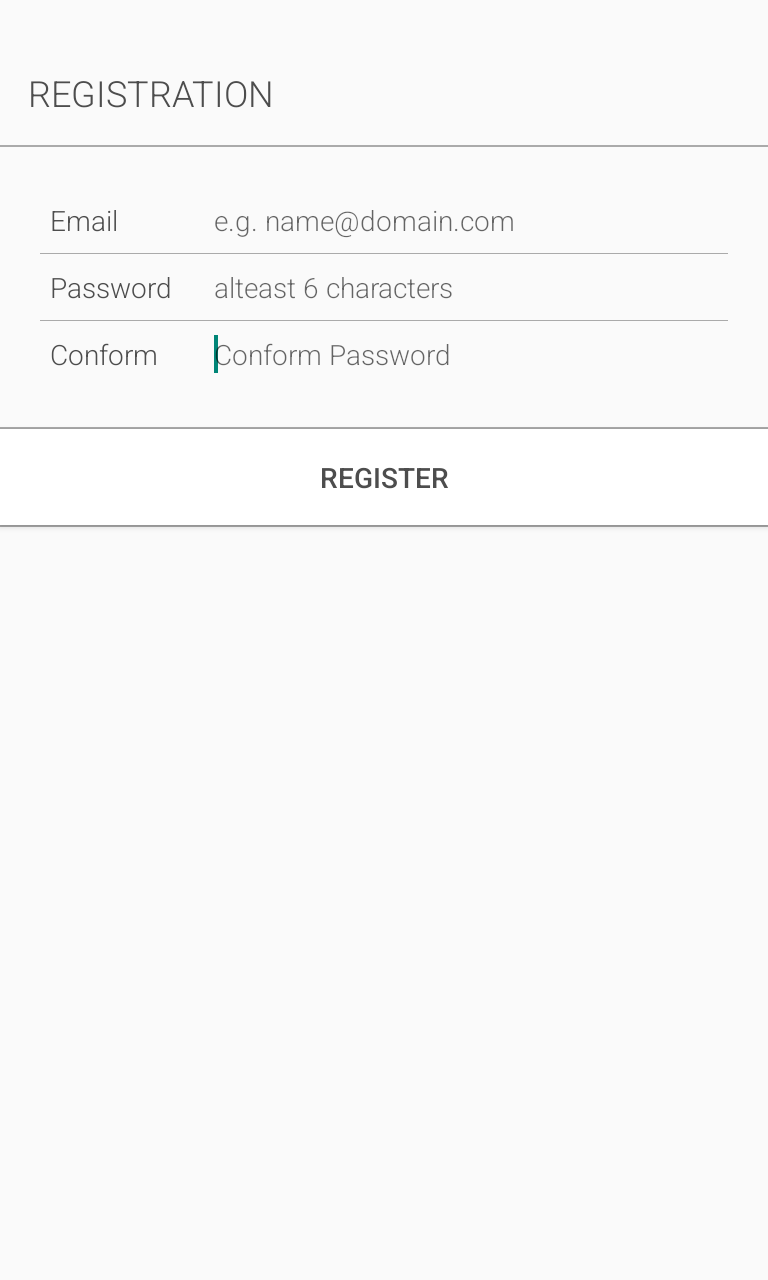
Repository: lMayuraDevani/BrentBrown
Layout: BrentBrown/res/layout/register.xml
These files come from the project's save history. The layout is drawn as it stood at one moment and after the next save; the edit follows.
It is drawn on a 768 x 1280 px phone screen (xhdpi) without system bars, with theme AppTheme; the app's code is not run.

Above is the layout before, as saved 2014-11-12 09:49:09.

After the next save:
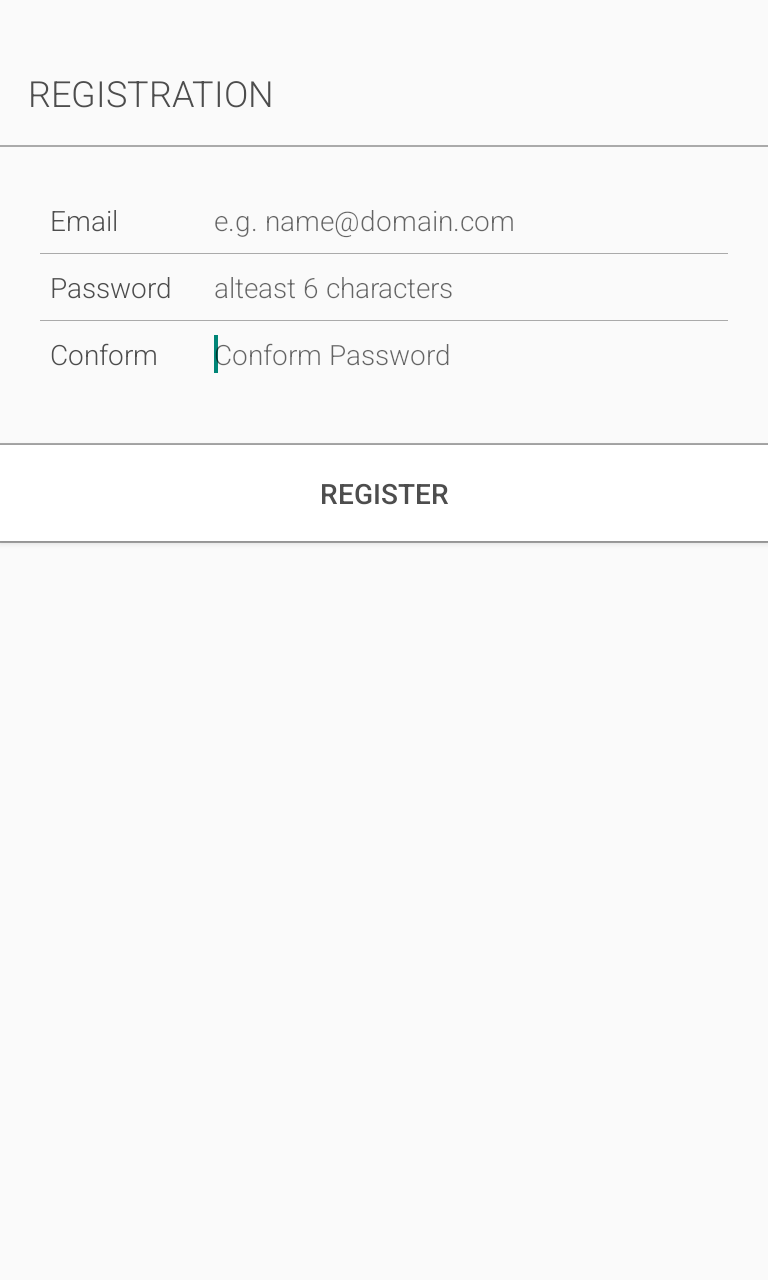
Saved 78 s later.
--- a/BrentBrown/res/layout/register.xml
+++ b/BrentBrown/res/layout/register.xml
@@ -143,6 +143,12 @@
             </LinearLayout>
       </LinearLayout>
 
+     <LinearLayout
+                android:layout_width="fill_parent"
+                android:layout_height="wrap_content"
+                android:padding="4dp"
+                >
+            </LinearLayout>
      <View
 	   android:layout_width="fill_parent"
 	   android:layout_height="1dp"

After the save that followed:
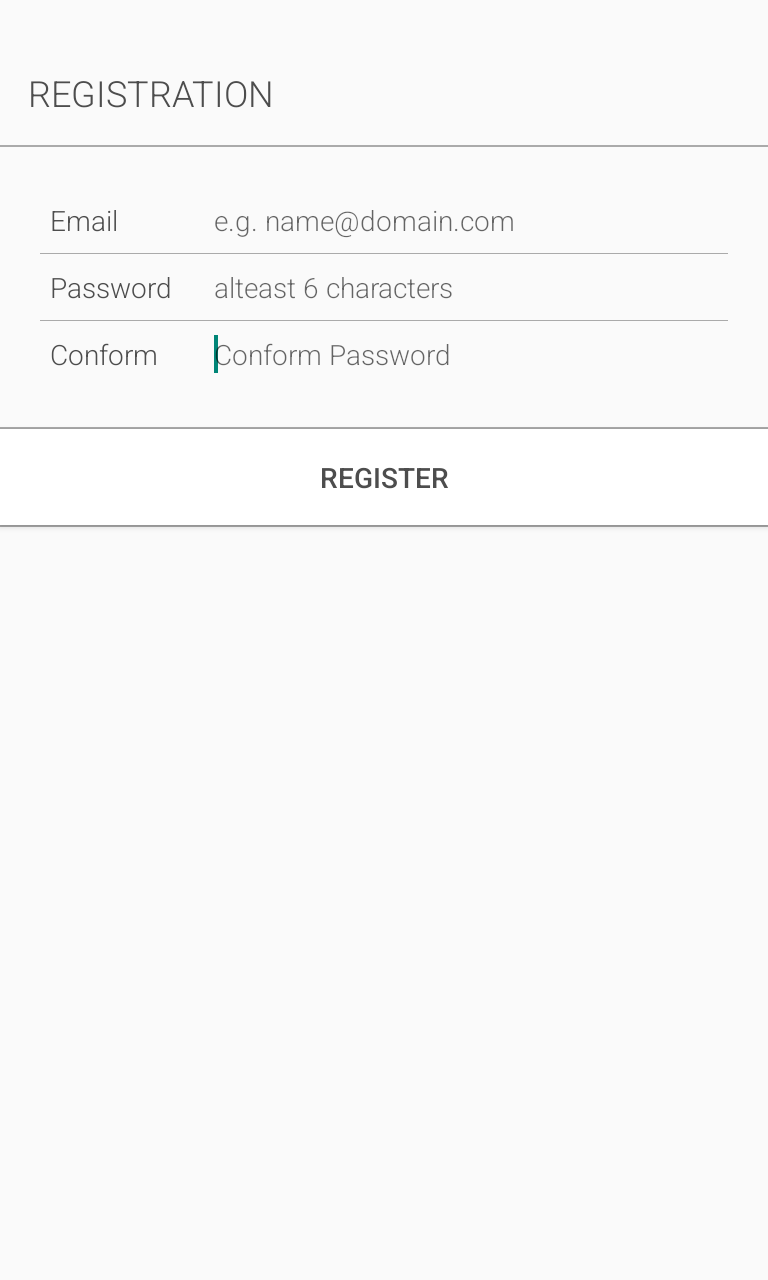
Saved 33 s later.
--- a/BrentBrown/res/layout/register.xml
+++ b/BrentBrown/res/layout/register.xml
@@ -143,12 +143,12 @@
             </LinearLayout>
       </LinearLayout>
 
-     <LinearLayout
+   <!--   <LinearLayout
                 android:layout_width="fill_parent"
                 android:layout_height="wrap_content"
                 android:padding="4dp"
                 >
-            </LinearLayout>
+            </LinearLayout> -->
      <View
 	   android:layout_width="fill_parent"
 	   android:layout_height="1dp"
